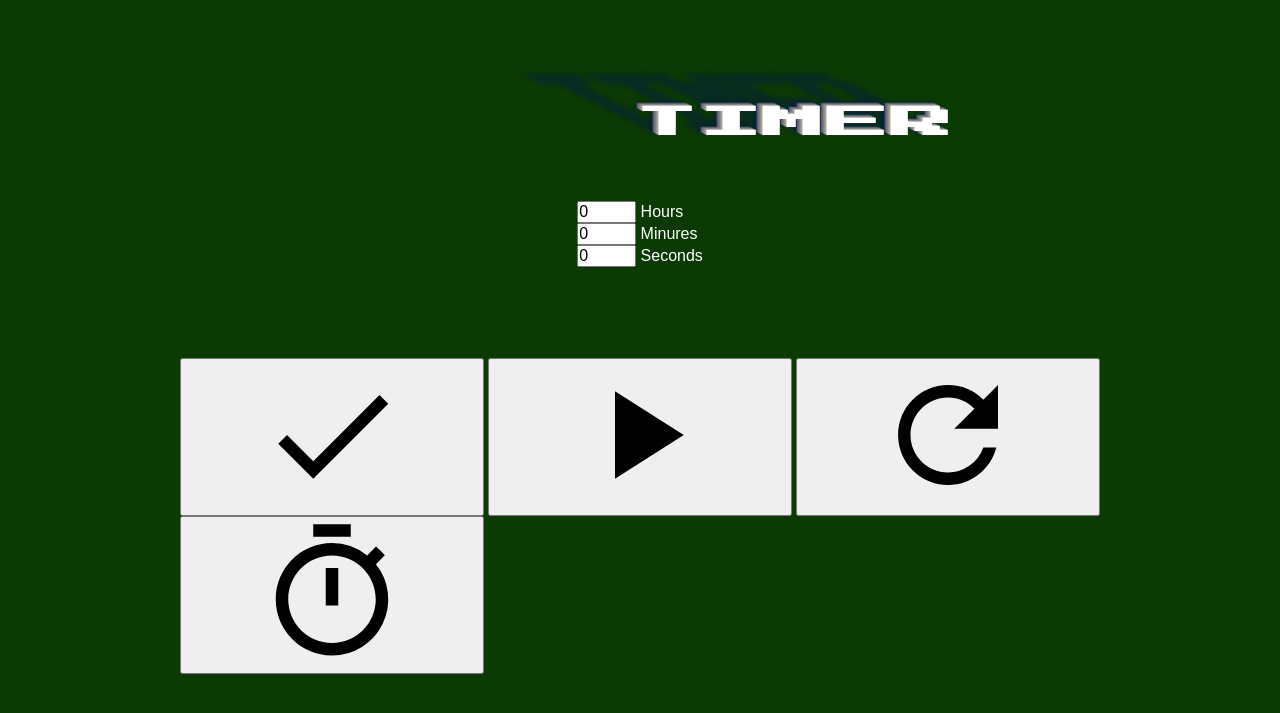
Repository: KrzysKolo/Projekt-12_Timer
Page: index.html
An editor plug-in stored every save of this project. The page is shown before and after the next save, followed by the edit.
The browser window is 1280 px wide. The pictures show the whole page.
Some web fonts or font styles are not loaded; a fallback is used.

Above is the page before, as saved 2020-06-24 20:54:59.

### index.html
<!DOCTYPE html>
<html lang="en">
  <head>
    <meta charset="UTF-8" />
    <meta name="viewport" content="width=device-width, initial-scale=1.0" />
    <title>Taimer</title>
    <link
      href="https://fonts.googleapis.com/css2?family=Aldrich&family=Press+Start+2P&display=swap"
      rel="stylesheet"
    />

    <link rel="stylesheet" href="./css/style.css" />
  </head>
  <body>
    <main class="timer">
      <header class="timer__header">
        <h1 class="timer__heading" data-text="TIMER">
          Timer
        </h1>
      </header>
      <article class="timer__clock">
        <!-- input hours-->
        <section class="clock">
          <input
            type="number"
            name="hours"
            id="hours"
            value="0"
            min="0"
            max="99"
            class="clock__input"
            data-timer-input__hours
          />
          <label for="hours" class="clock__label">Hours</label>
        </section>
        <!-- input minutes-->
        <section class="clock">
          <input
            type="number"
            name="minutes"
            id="minutes"
            value="0"
            min="0"
            max="59"
            class="clock__input"
            data-timer-input__minutes
          />
          <label for="minutes" class="clock__label">Minures</label>
        </section>
        <!-- input seconds -->
        <section class="clock">
          <input
            type="number"
            name="seconds"
            id="seconds"
            value="0"
            min="0"
            max="59"
            class="clock__input"
            data-timer-input__seconds
          />
          <label for="seconds" class="clock__label">Seconds</label>
        </section>
      </article>
      <article class="timer__buttons">
        <!-- button 1 -->
        <button class="button">
          <svg class="button__icon">
            <use xlink:href="./assets/icons/sprite.svg#done-24px"></use>
          </svg>
        </button>
        <!-- button 2 -->
        <button class="button">
          <svg class="button__icon">
            <use xlink:href="./assets/icons/sprite.svg#play_arrow-24px"></use>
          </svg>
        </button>
        <!-- button 3 -->
        <button class="button">
          <svg class="button__icon">
            <use xlink:href="./assets/icons/sprite.svg#refresh-24px"></use>
          </svg>
        </button>
        <!-- dźwięk -->
        <section class="timer__audio">
          <audio src="./assets/sounds/alarm.mp3" loop></audio>
          <button class="button">
            <svg class="button__icon button__icon--alarm">
              <use xlink:href="./assets/icons/sprite.svg#timer-24px"></use>
            </svg>
          </button>
        </section>
      </article>
    </main>
  </body>
</html>

### css/style.css
*,
*::before,
*::after {
  padding: 0;
  margin: 0;
  box-sizing: inherit;
  font-size: 16px;
}
body {
  box-sizing: border-box;
  color: #fff;
  font-family: "Aldrich", sans-serif;
}
.timer {
  width: 100vw;
  height: 100vh;
  background-color: #0b3a04;
  display: flex;
  flex-direction: column;
  justify-content: space-around;
  align-items: flex-start;
  align-items: center;
}
.timer__header {
}

.timer__heading {
  font-family: "Press Start 2P", cursive;
  font-size: 4rem;
  text-transform: uppercase;
  position: relative;
  top: 30px;
  left: 100px;
  color: rgba(0, 0, 0, 0);

  transform: skew(63deg, 0deg);

  text-shadow: 0 0 3px rgba(0, 0, 128, 0.25);
  z-index: 50;
}
.timer__heading::after {
  content: attr(data-text);
  font-size: 4rem;
  position: absolute;
  top: 15px;
  left: 25px;
  color: rgba(255, 255, 255, 1);

  -webkit-transform: skew(-63deg) scale(1, 0.5);
  -moz-transform: skew(-63deg) scale(1, 0.5);
  -o-transform: skew(-63deg) scale(1, 0.5);
  -ms-transform: skew(-63deg) scale(1, 0.5);
  transform: skew(-63deg) scale(1, 0.5);
  text-shadow: -1px -1px 1px #aaa, -2px -2px 1px #999, -3px -3px 1px #888,
    -4px -4px 1px #777, -5px -5px 1px #666, -6px -6px 1px #555,
    -7px -7px 5px rgba(0, 0, 128, 0.75);
  z-index: 100;
}

After the next save:
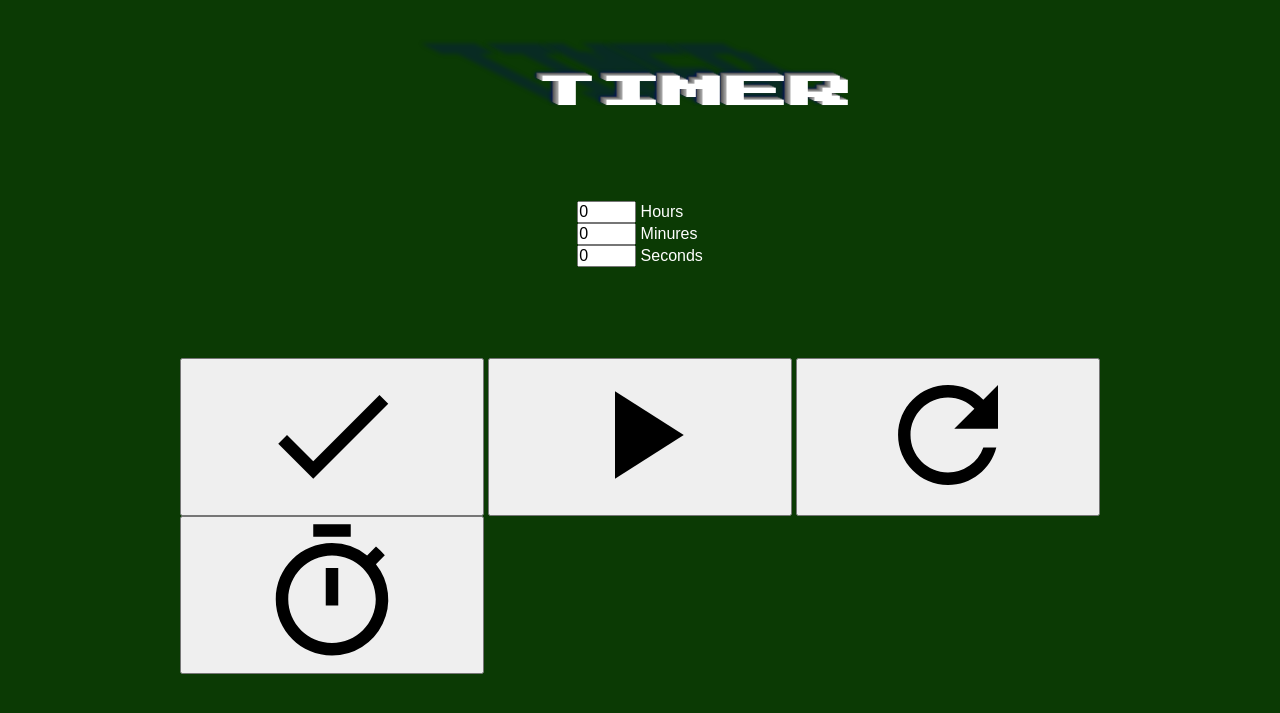
Saved 30 s later.
--- a/css/style.css
+++ b/css/style.css
@@ -29,8 +29,7 @@ body {
   font-size: 4rem;
   text-transform: uppercase;
   position: relative;
-  top: 30px;
-  left: 100px;
+
   color: rgba(0, 0, 0, 0);
 
   transform: skew(63deg, 0deg);
